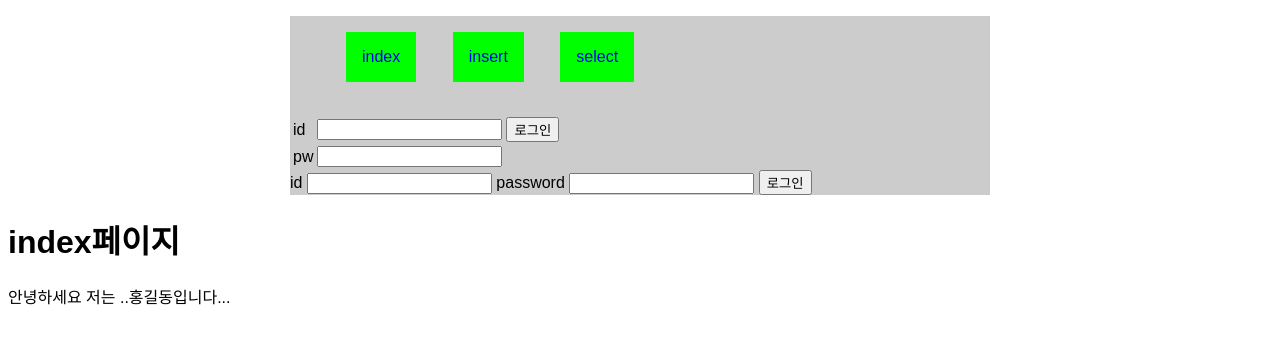
Repository: rlawnsgh714/Java
Page: http://localhost/ex0405/
These files come from the project's save history. The page is drawn as it stood at one moment and after the next save; the edit follows.
The browser window is 1280 px wide. The pictures show the whole page.
Some web fonts or font styles are not loaded; a fallback is used. The page is served by Tomcat 9.

Above is the page before, as saved 2022-04-19 06:45:08.

After the next save:
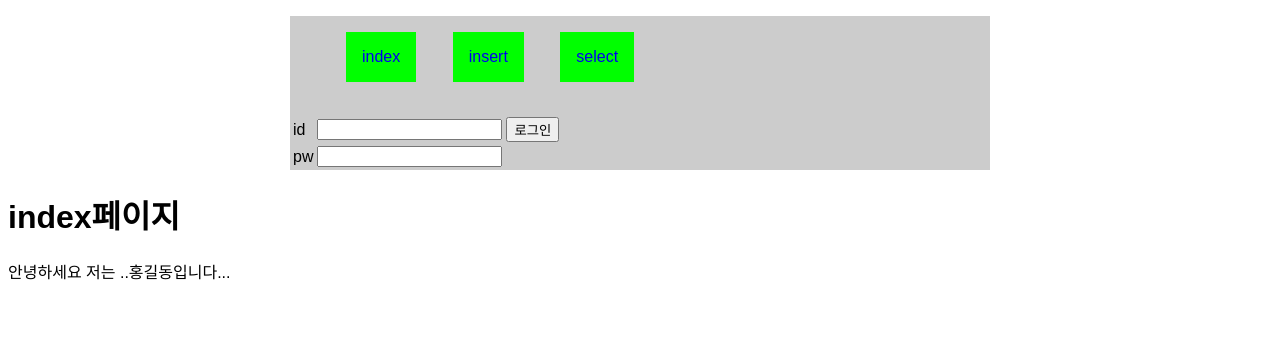
Saved 25 s later.
--- a/javaclass/ex0405/src/main/webapp/nav.jsp
+++ b/javaclass/ex0405/src/main/webapp/nav.jsp
@@ -19,9 +19,6 @@
 					<td><input type="password" name="password"></td>
 				</tr>
 			</table>
-			id <input type="text" name="id"/>
-			password <input type="text" name="password"/>
-			<input type="button" value="로그인"/>
 		</form>
 	</div>
 </div>
